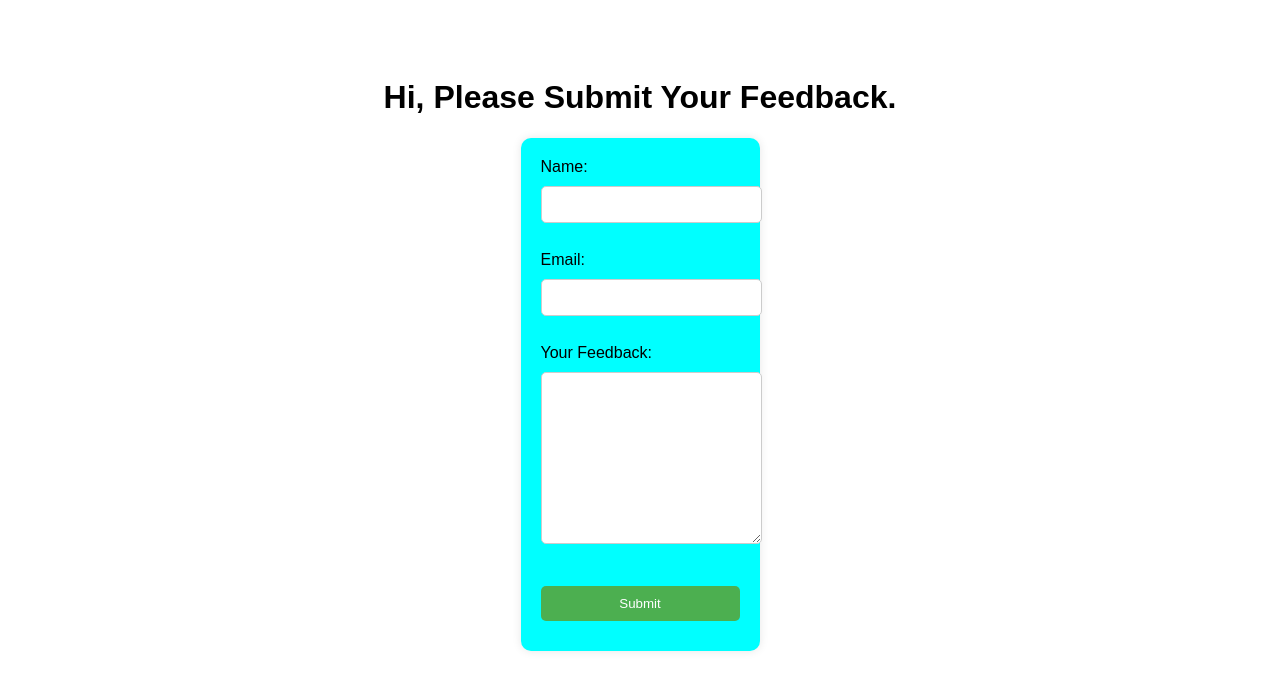
Repository: anik3395/JavaServletProjects
Page: eclipse-workspace/ProjectUpdate/src/main/webapp/feedbackForm.html
These files come from the project's save history. The page is drawn as it stood at one moment and after the next save; the edit follows.
The browser window is 1280 px wide. The pictures show the whole page.

Above is the page before, as saved 2024-10-23 16:33:25.

After the next save:
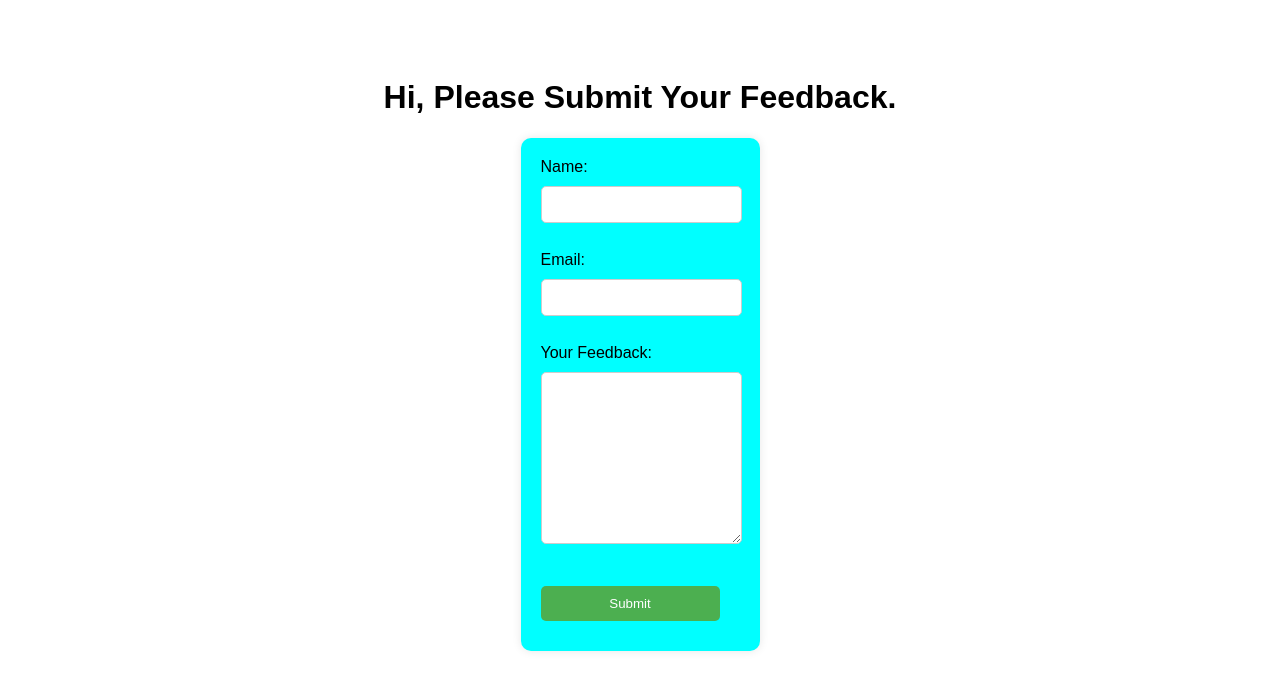
Saved 100 min 2 s later.
--- a/eclipse-workspace/ProjectUpdate/src/main/webapp/feedbackForm.html
+++ b/eclipse-workspace/ProjectUpdate/src/main/webapp/feedbackForm.html
@@ -20,7 +20,7 @@
             box-shadow: 0 0 10px rgba(0,0,0,0.1);
         }
         input, textarea {
-            width: 100%;
+            width: 90%;
             padding: 10px;
             margin: 10px 0;
             border-radius: 5px;
